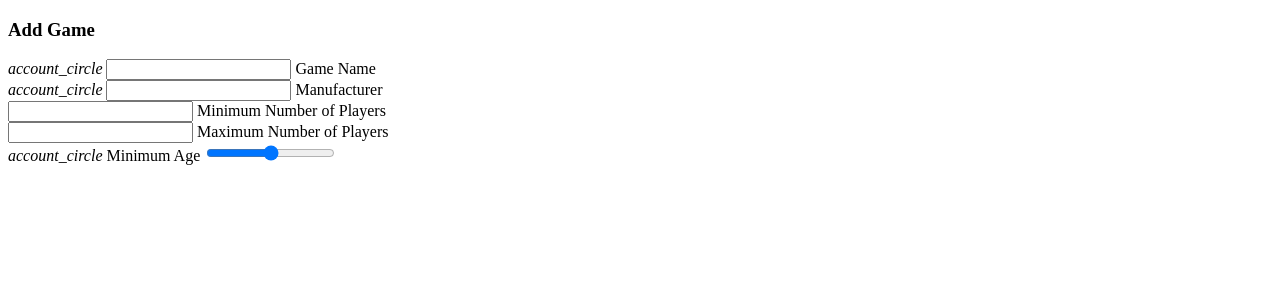
Repository: arcorco/dcd-milestone
Page: http://localhost/add_game
The author's editor kept a record of every edit. The page is drawn from the files as they stood at one moment, then again after the next edit.
The browser window is 1280 px wide. The pictures show the whole page.
The page is served by the project's application, run on Flask 3 (app.py).

Above is the page before.

After the next edit:
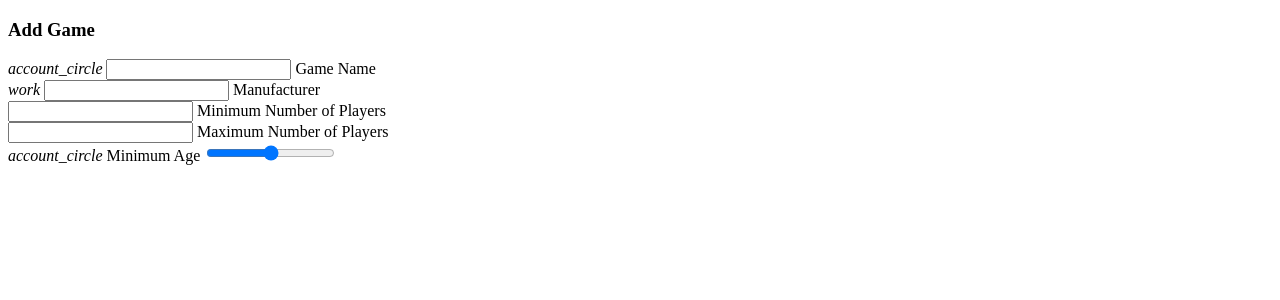
The edit:
--- a/templates/addgame.html
+++ b/templates/addgame.html
@@ -10,7 +10,7 @@
         <label for="icon_prefix">Game Name</label>
       </div>
       <div class="input-field col s12">
-        <i class="material-icons prefix">account_circle</i>
+        <i class="material-icons prefix">work</i>
         <input id="manufacturer" name="manufacturer" type="text" class="validate">
         <label for="icon_prefix">Manufacturer</label>
       </div>
